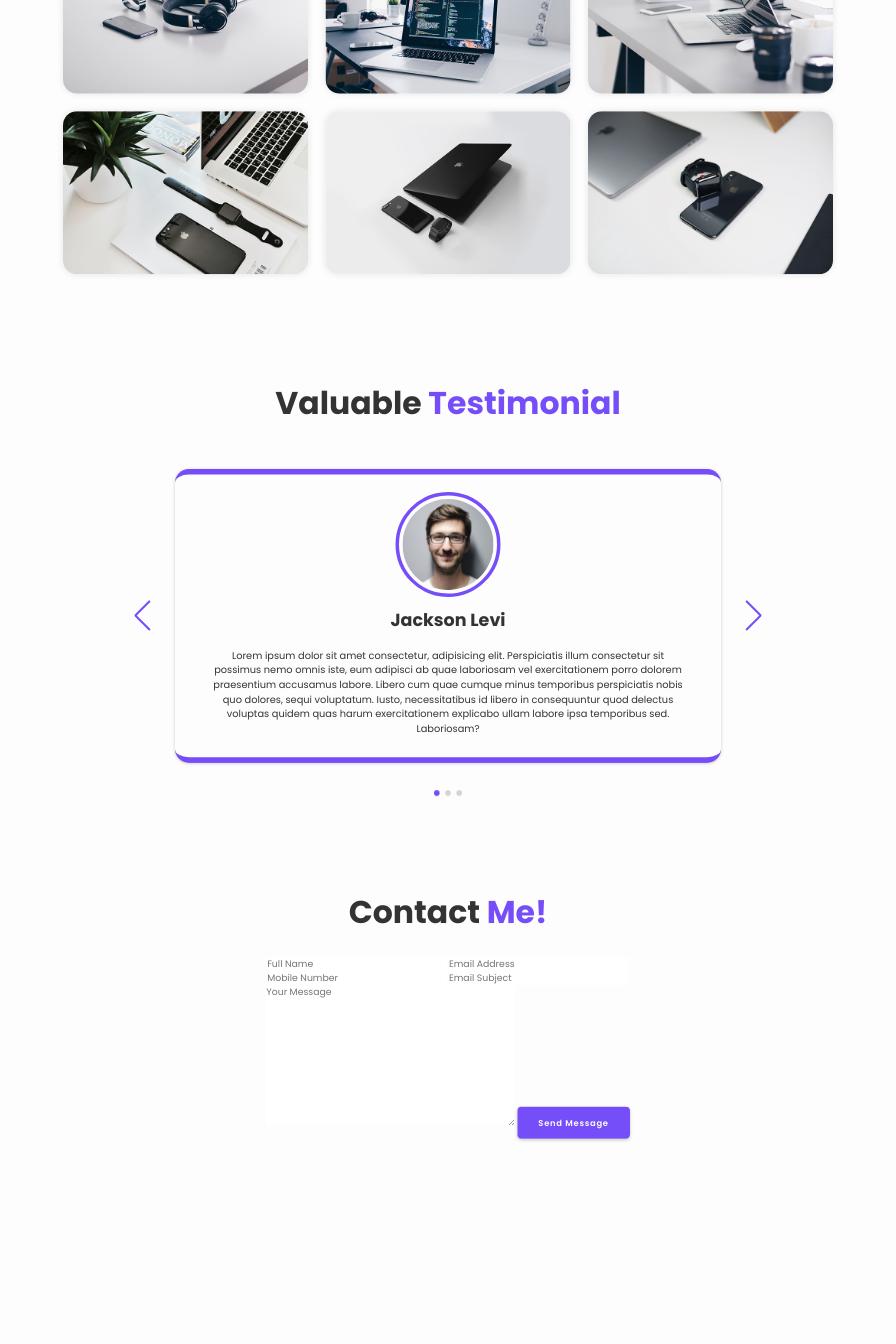
Repository: Gabi-Augusto/Portfolio
Page: index.html
An editor plug-in stored every save of this project. The page is shown before and after the next save, followed by the edit.
The browser window is 1280 px wide. The pictures show the part of the page from y = 2417 to 4337 px (the page is 4337 px tall), at 70% of full size.

Above is the page before, as saved 2023-11-29 20:53:00.

After the next save:
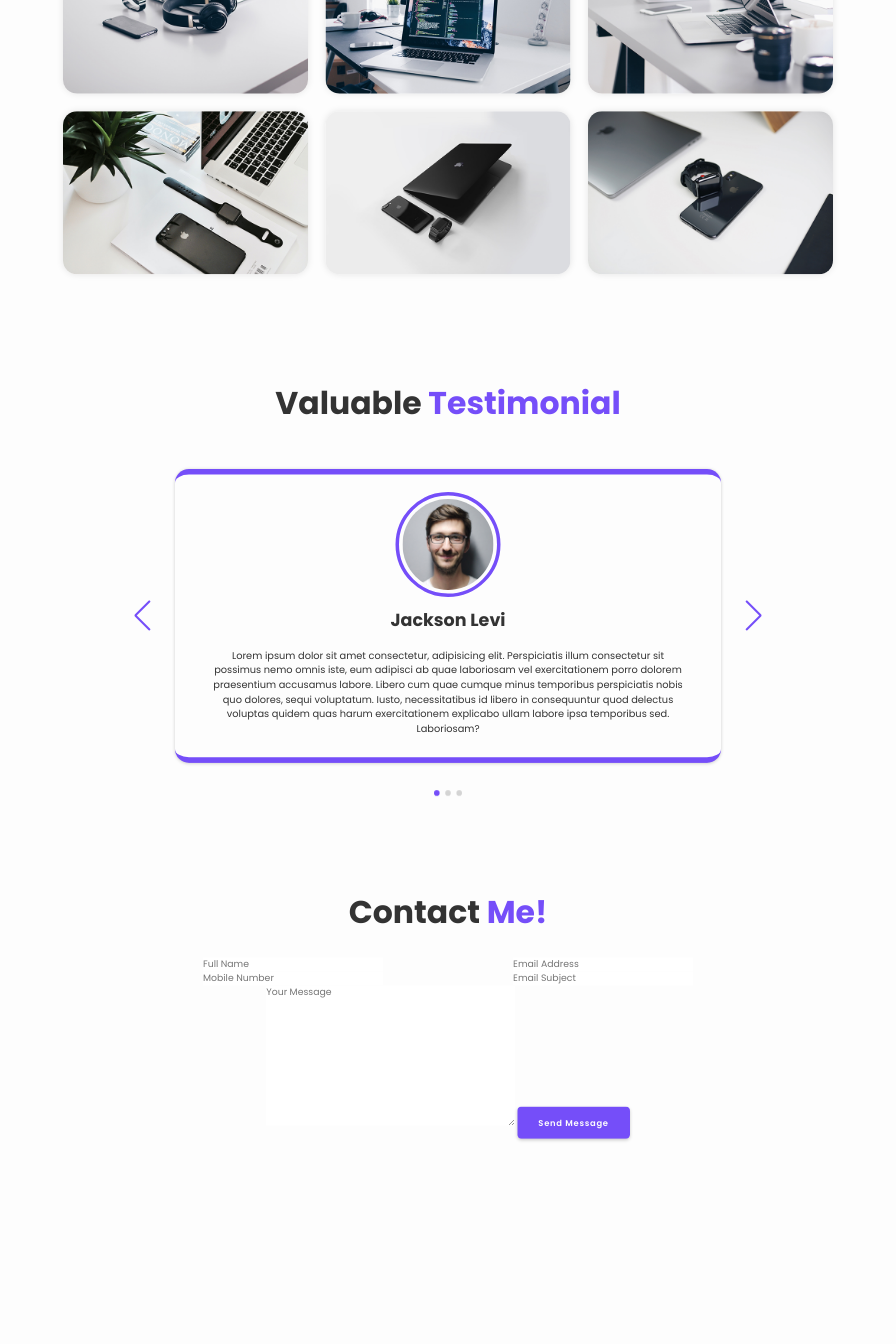
Saved 94 s later.
--- a/css/style.css
+++ b/css/style.css
@@ -499,3 +499,9 @@ span {
     text-align: center;
     margin-bottom: 3rem;
 }
+
+.contact form .input-box {
+    display: flex;
+    justify-content: space-between;
+    flex-wrap: wrap;
+}
